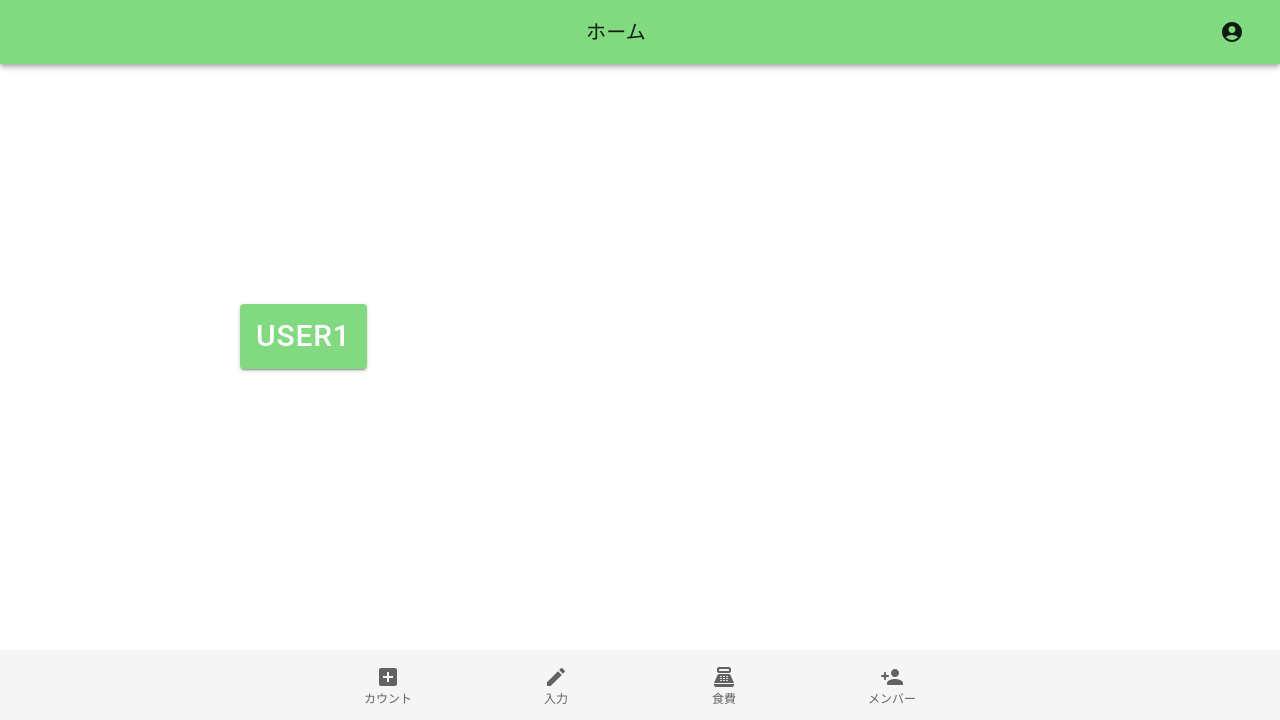
Repository: motohiro0410/motsufood
Page: /noteatingcount (app in frontend/)
The author's editor kept a copy of each file at every save. The page is drawn from the files as they stood at one save, then again after the next save.
The browser window is 1280 px wide. The pictures show the whole page.
The project was rebuilt for these pictures with package versions that can differ from the ones it lists, and the page was loaded fresh each time. Also part of the build but not shown: frontend/src/App.css, frontend/src/components/pages/Login.tsx, frontend/src/components/pages/Money.tsx, frontend/src/components/organisms/GroupHeader.tsx, frontend/src/components/pages/Group.tsx, frontend/src/components/organisms/SignInHeader.tsx, frontend/src/components/pages/SignIn.tsx, frontend/src/components/pages/Page404.tsx and 1 more.

Above is the page before, as saved 2022-08-11 16:01:24.

After the next save:
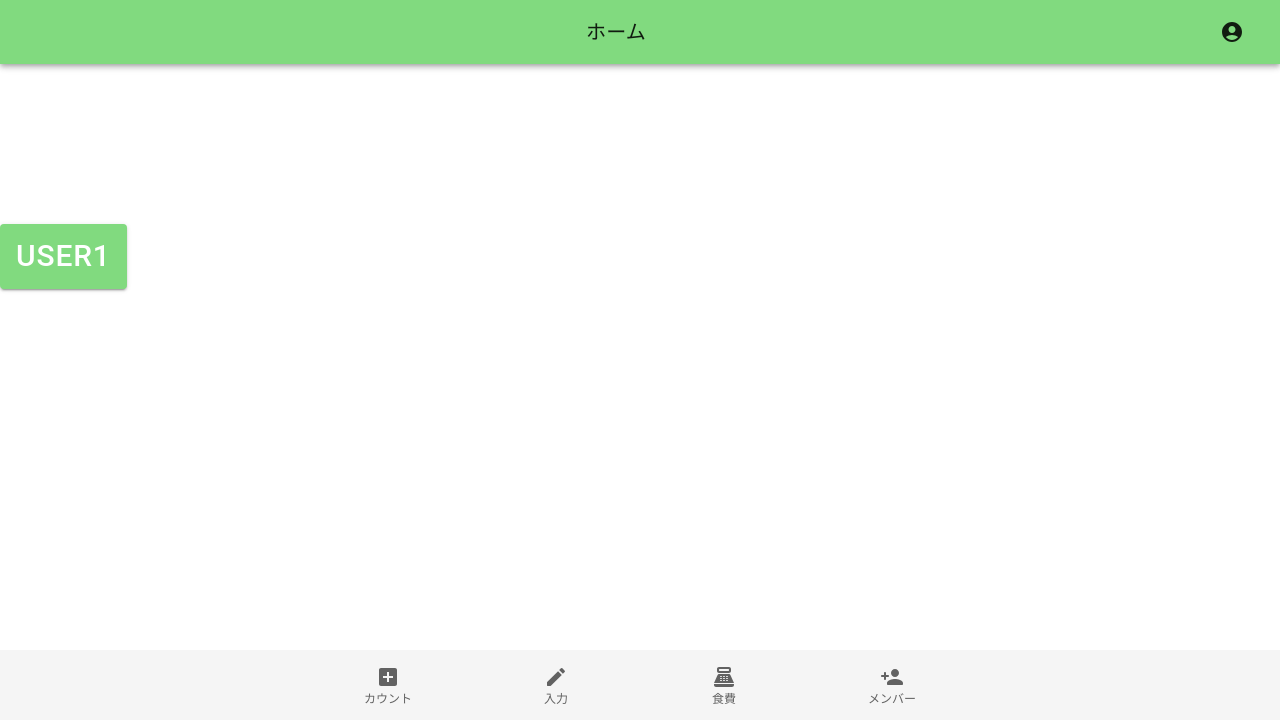
Saved 5 min 59 s later.
--- a/frontend/src/components/pages/notEatingCount.tsx
+++ b/frontend/src/components/pages/notEatingCount.tsx
@@ -3,7 +3,7 @@ import { FC, memo, useContext, useState } from "react";
 import { Footer } from "../organisms/Footer";
 import { MainHeader } from "../organisms/MainHeader";
 
-import ButtonBase from '@mui/material/ButtonBase';
+import Grid from '@mui/material/Grid';
 import Button from '@mui/material/Button';
 import { HeaderContext } from '../../providers/HeaderProvider';
 import { UserDetailModal } from "../organisms/UserDetailModal";
@@ -17,9 +17,9 @@ export const NotEatingCount: FC = memo(() => {
   return (
     <>
       <MainHeader title={contexts[0].title} handleOpen={handleOpen} />
-        <ButtonBase sx={{ margin: 30 }}>
+        <Grid  alignItems="center" mt={20}>
           <Button variant="contained" sx={{ bgcolor: '#81da7f', color: "white", fontSize: '30px'  }}>user1</Button>
-        </ButtonBase>
+        </Grid>
       <Footer />
       <UserDetailModal open={open} handleClose={handleClose} />
     </>
